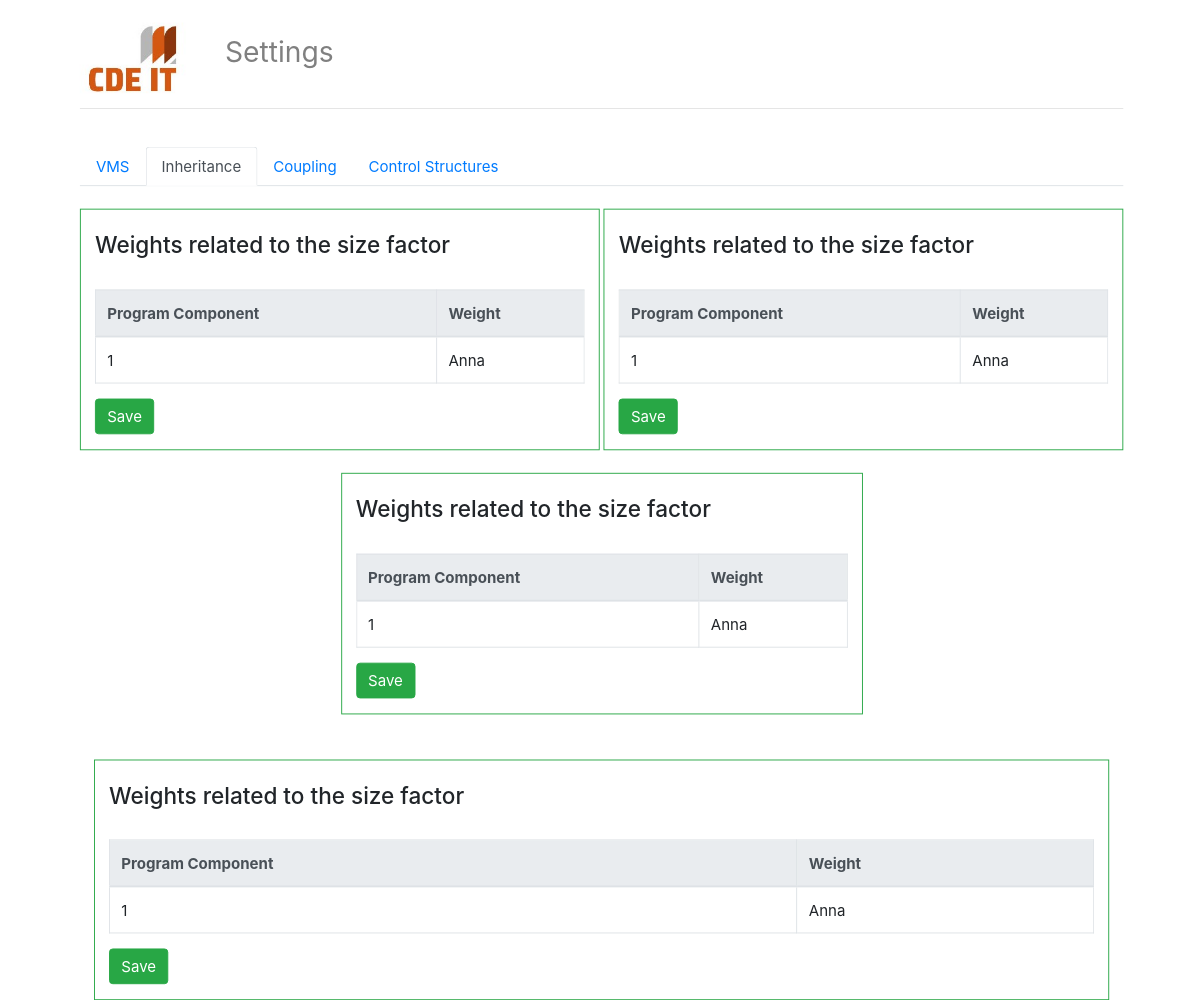
Repository: JudeAshan98/ITPM
Page: CDE_IT/WebContent/views/settings.html
The author's editor kept a copy of each file at every save. The page is drawn from the files as they stood at one save, then again after the next save.
The browser window is 1280 px wide. The pictures show the whole page, at 94% of full size.

Above is the page before, as saved 2020-03-01 16:43:06.

After the next save:
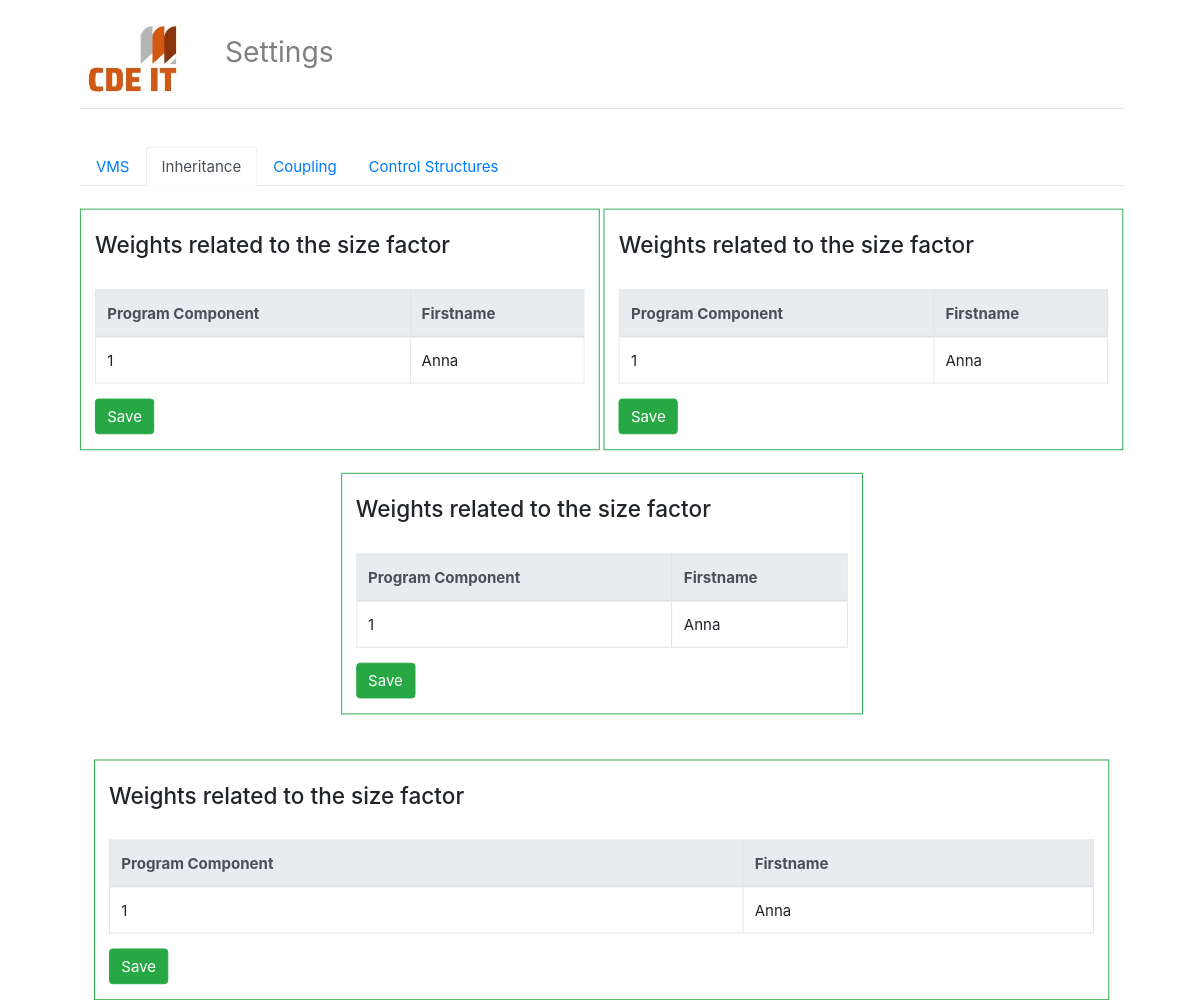
Saved 84 s later.
--- a/CDE_IT/WebContent/views/settings.html
+++ b/CDE_IT/WebContent/views/settings.html
@@ -51,7 +51,7 @@
 								<thead class="thead-light">
 									<tr>
 										<th>Program Component</th>
-										<th>Weight</th>
+										<th>Firstname</th>
 									</tr>
 								</thead>
 								<tbody>
@@ -74,7 +74,7 @@
 								<thead class="thead-light">
 									<tr>
 										<th>Program Component</th>
-										<th>Weight</th>
+										<th>Firstname</th>
 									</tr>
 								</thead>
 								<tbody>
@@ -100,7 +100,7 @@
 								<thead class="thead-light">
 									<tr>
 										<th>Program Component</th>
-										<th>Weight</th>
+										<th>Firstname</th>
 									</tr>
 								</thead>
 								<tbody>
@@ -128,7 +128,7 @@
 							<thead class="thead-light">
 								<tr>
 									<th>Program Component</th>
-									<th>Weight</th>
+									<th>Firstname</th>
 								</tr>
 							</thead>
 							<tbody>
@@ -154,7 +154,7 @@
 							<thead class="thead-light">
 								<tr>
 									<th>Program Component</th>
-									<th>Weight</th>
+									<th>Firstname</th>
 								</tr>
 							</thead>
 							<tbody>
@@ -180,7 +180,7 @@
 							<thead class="thead-light">
 								<tr>
 									<th>Program Component</th>
-									<th>Weight</th>
+									<th>Firstname</th>
 								</tr>
 							</thead>
 							<tbody>
